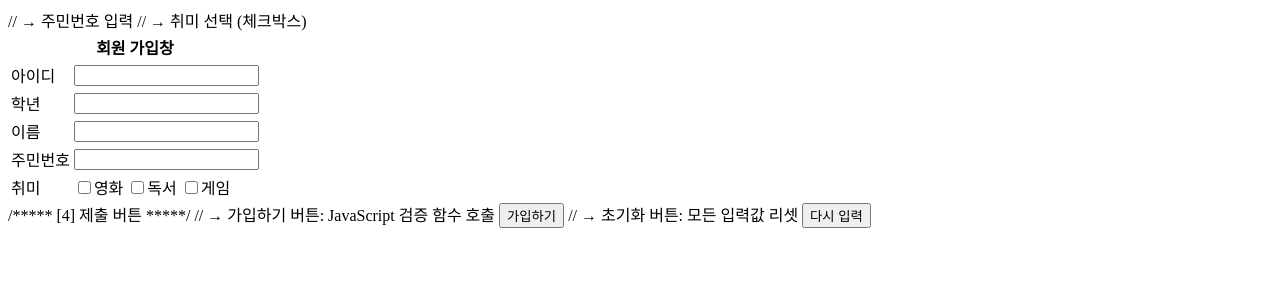
Repository: jrkim-kr/java-web-development
Page: http://localhost/test/WEB-INF/views/student/write.jsp
The author's editor kept a copy of each file at every save. The page is drawn from the files as they stood at one save, then again after the next save.
The browser window is 1280 px wide. The pictures show the whole page.
The page is served by Tomcat 9. Nobody is signed in. Other server files are loaded and not shown. The template is opened directly, without the code that normally fills it, so the values that code supplies are empty.

Above is the page before, as saved 2024-12-03 07:36:03.

### workspace_sts/test/src/main/webapp/WEB-INF/views/student/write.jsp
<!-- ================================================
* [2] write.jsp (학생 등록 폼)
*================================================ -->

<!-- [1] JSP 기본 설정 -->
<%@ page language="java" contentType="text/html; charset=UTF-8" pageEncoding="UTF-8"%>
<!-- → 한글 처리를 위한 UTF-8 인코딩 설정 -->

<!-- [2] JavaScript 폼 검증 함수 -->
<script>
   function fn_sendMember() {
       // → 폼 객체와 입력값 가져오기
       var frmMember = document.frmMember;
       var id = frmMember.id.value;
       var name = frmMember.name.value;

       // → 아이디 필수 입력 검사
       if (id.trim() == '') {
           alert('아이디는 필수입니다.');
           document.querySelector("input[name='id']").focus();
           return;
       }

       // → 이름 필수 입력 검사
       if (name.length == 0 || name == '') {
           alert('이름은 필수입니다.');
           return;
       }

       // → 검증 통과 시 폼 제출
       frmMember.method = 'post';         // POST 방식 설정
       frmMember.action = 'regist.do';    // 제출할 URL 설정
       frmMember.submit();                // 폼 제출
   }
</script>

<body>
<!-- [3] HTML 폼 구조 -->
<form name="frmMember">
   <table>
       <!-- → 테이블 헤더 -->
       <tr><th colspan="2">회원 가입창</th></tr>

       <!-- → 아이디 입력 -->
       <tr>
           <td>아이디</td>
           <td><input type="text" name="id"></td>
       </tr>

       <!-- → 학년 입력 -->
       <tr>
           <td>학년</td>
           <td><input type="text" name="grade"></td>
       </tr>

       <!-- → 이름 입력 -->
       <tr>
           <td>이름</td>
           <td><input type="text" name="name"></td>
       </tr>

       // → 주민번호 입력
       <tr>
           <td>주민번호</td>
           <td><input type="text" name="jumin"></td>
       </tr>

       // → 취미 선택 (체크박스)
       <tr>
           <td>취미</td>
           <td>
               <input type="checkbox" name="hobbyName" value="영화">영화
               <input type="checkbox" name="hobbyName" value="독서">독서
               <input type="checkbox" name="hobbyName" value="게임">게임
           </td>
       </tr>
   </table>

   /***** [4] 제출 버튼 *****/
   // → 가입하기 버튼: JavaScript 검증 함수 호출
   <input type="button" value="가입하기" onclick="fn_sendMember()">
   // → 초기화 버튼: 모든 입력값 리셋
   <input type="reset" value="다시 입력">
</form>
</body>

After the next save:
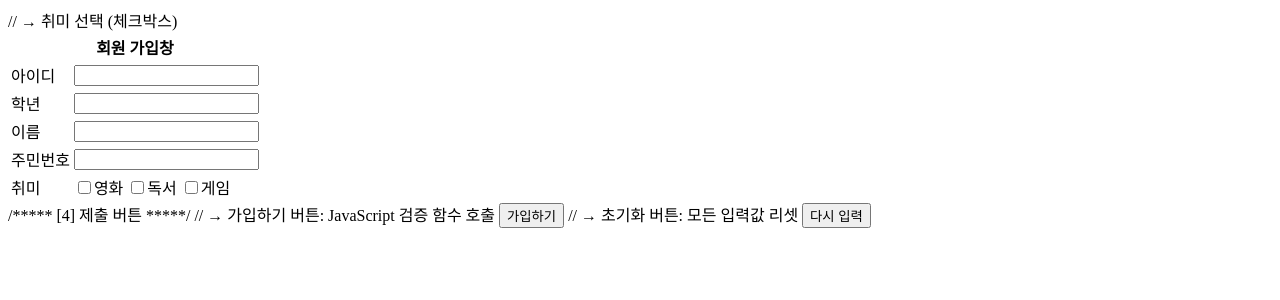
Saved 11 s later.
--- a/workspace_sts/test/src/main/webapp/WEB-INF/views/student/write.jsp
+++ b/workspace_sts/test/src/main/webapp/WEB-INF/views/student/write.jsp
@@ -59,7 +59,7 @@
            <td><input type="text" name="name"></td>
        </tr>
 
-       // → 주민번호 입력
+       <!-- → 주민번호 입력 -->
        <tr>
            <td>주민번호</td>
            <td><input type="text" name="jumin"></td>
